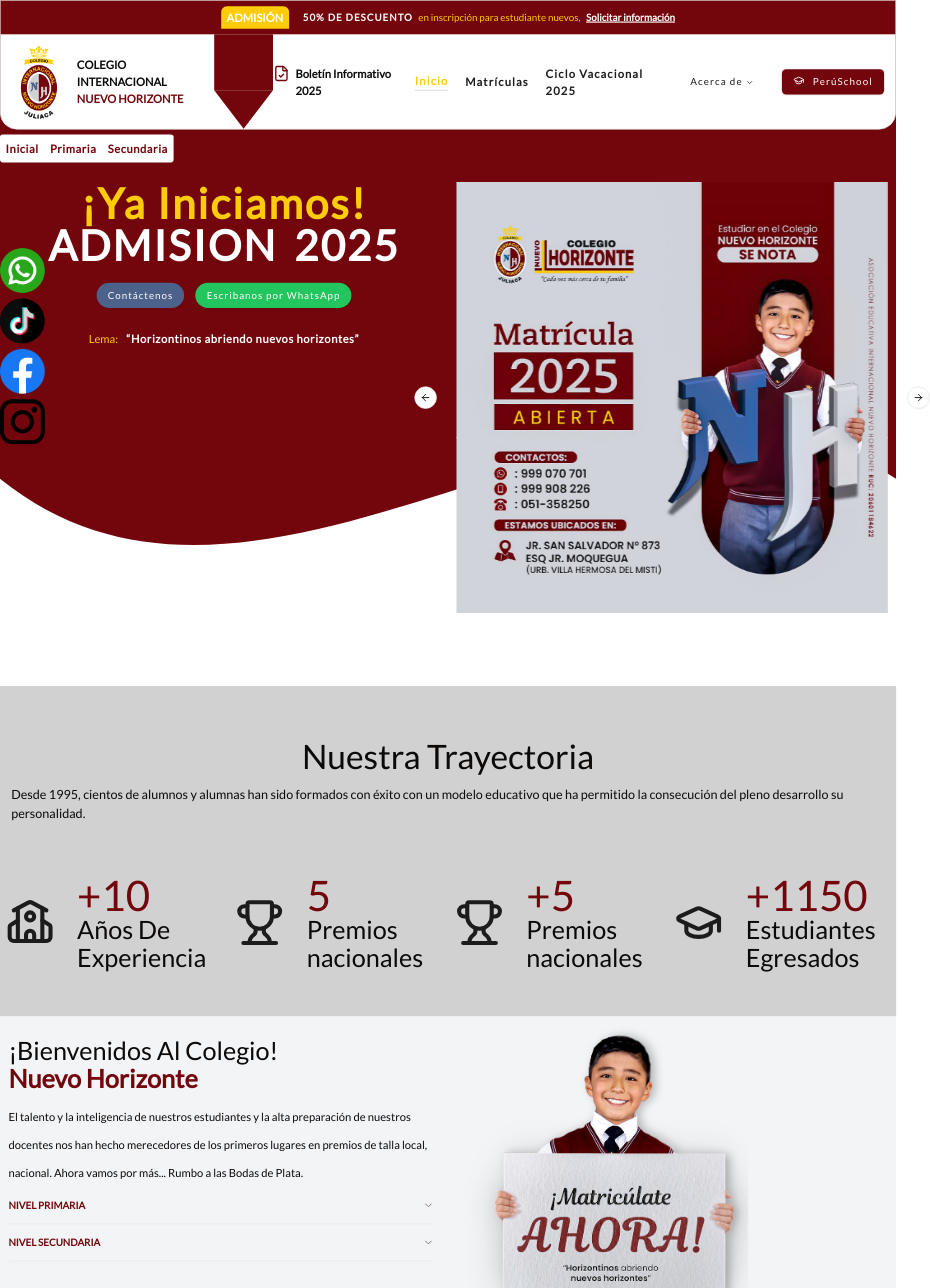
Repository: jefrydep/new_horizont_school
Page: /
The author's editor kept a copy of each file at every save. The page is drawn from the files as they stood at one save, then again after the next save.
The browser window is 1280 px wide. The page is 1328 px wide, then 1280 px, then 1328 px, so the pictures cover 1328 px, including what lies to the right of the window. The pictures show the part of the page from y = 0 to 1840 px (the page is 4698 px tall), at 70% of full size.
The project was rebuilt for these pictures with package versions that can differ from the ones it lists, and the page was loaded fresh each time. The framework's server and built-in components were replaced by stand-ins that run in the browser. Also part of the build but not shown: next.config.ts.

Above is the page before, as saved 2024-11-28 12:56:04.

### src/app/layout.tsx
import type { Metadata } from "next";
import "./globals.css";
import Navbar from "@/components/Navbar";
import Footer from "@/components/Footer";


import { Lato } from 'next/font/google'

const lato = Lato({
  weight: '400',
  subsets: ['latin'],
  display: 'swap',
})

export const metadata: Metadata = {
  title: "COLEGIO INTERNACIONAL NUEVO HORIZONTE - JULIACA",
  description: "el mejor colegio de JULIACA,Colegio internacional nuevo horizonte",
};

export default function RootLayout({
  children,
}: Readonly<{
  children: React.ReactNode;
}>) {
  return (
    <html lang="es">

      <body
        className={` ${lato.className} antialiased `}
      >

        <div className="">
          <Navbar />
        </div>
        <main className="   ">

          {children}
          <div className="flex flex-col fixed  bottom-2     z-50   sm:top-1/2  gap-2">
            <a href="https://wa.me/+51999070701?text=Me%20gustar%C3%ADa%20recibir%20m%C3%A1s%20informaci%C3%B3n%20sobre%20el%20proceso%20de%20matr%C3%ADcula,%20requisitos%20y%20fechas%20importantes.%20Agradecer%C3%ADa%20su%20orientaci%C3%B3n%20para%20poder%20completar%20mi%20inscripci%C3%B3n%20de%20manera%20adecuada.%0A%0AQuedo%20atento%20a%20su%20respuesta.%0A%0ASaludos%20cordiales,%0A" target="_blank">
              {/* Solicitar información */}
              <img src="/whatsapp.png" alt="" className=" animate-bounce h-11  sm:h-16" />
            </a>

            <a href="https://www.tiktok.com/@colegionuevohorizonte" target="_blank">
              {/* Solicitar información */}
              <img src="/tik-tok.png" alt="" className=" animate-bounce h-11  sm:h-16 " />
            </a>
            <a href="https://www.facebook.com/internuevohorizonte  " target="_blank">
              {/* Solicitar información */}
              <img src="/facebook.png" alt="" className=" animate-bounce h-11  sm:h-16 " />
            </a>
            <a href="https://www.instagram.com/colegionuevohorizontejuliaca" target="_blank">
              {/* Solicitar información */}
              <img src="/instagram.png" alt="" className=" animate-bounce h-11  sm:h-16" />
            </a>
          </div>
        </main>
        <Footer />
      </body>
    </html>
  );
}

### src/app/page.tsx
import Form from "@/components/Form";
import Hero from "@/components/Hero";
import Location from "@/components/Location";
import PresentationCard from "@/components/PresentationCard";
import RegisterCard from "@/components/RegisterCard";
import StudentCard from "@/components/StudentCard";
import TrajectoryCard from "@/components/TrajectoryCard";

export default function Home() {
  return (
    <div className="">
      <Hero colorWave="#fff" title="¡Ya Iniciamos!" subtitle="ADMISION" year="2025" />
      <TrajectoryCard />
      <PresentationCard title="¡Bienvenidos Al Colegio!" subtitle="Nuevo Horizonte" />
      <StudentCard title="Nuestro Estudiante Es:" />
      <RegisterCard title="Proceso De Matrícula 2025" />
      <Form />
      <Location/>
    </div>
  );
}

### src/components/Form.tsx
import { Button } from "./ui/button";
import { Input } from "./ui/input";

export default function Form() {
    return (
        // <div className="bg-[#73060c]">
        <div className="bg-gray-100  py-8">
            <div className="container pb-8 m-auto sm:w-[720px] shadow-2xl rounded-lg">
                <div className="py-4">
                    <h5 className="font-bold mb-4  text-title  text-5xl text-center">Contáctanos</h5>
                    <h4 className="font-bold text-4xl text-center text-subtitle">Solicite Información</h4>
                </div>
                <form action="" >


                    <div className="flex flex-col gap-7 p-3 ">
                        <div>

                            <Input placeholder="Dni" />
                        </div>
                        <div className="flex gap-6 flex-col sm:flex-row">

                            <Input placeholder="Nombres" />
                            <Input placeholder="Apellidos" />
                        </div>

                        <div className="flex gap-6 flex-col sm:flex-row">

                            <Input placeholder="Celular  " />
                            <Input placeholder="Correo Electrónico  " />
                        </div>
                        <div className="flex justify-center">
                            <Button className=" bg-green-500  w-full  sm:w-60  text-white"  >

                                Enviar
                            </Button>
                        </div>
                    </div>
                </form>




            </div>

        </div>
    )
}

### src/components/Hero.tsx
"use client"
import { Button } from "./ui/button";

const imagesHero = [
  {
    id: 1,
    path: "/matricula-2025.jpg",
  },
  {
    id: 2,
    path: "/matricula-2025-2.jpg",
  },
  {
    id: 3,
    path: "/matricula-2025-3.jpg",
  },
  {
    id: 4,
    path: "/matricula-2025-4.jpg",
  },
  {
    id: 5,
    path: "/matricula-2025-5.jpg",
  },
];
import {
  Carousel,
  CarouselContent,
  CarouselItem,
  CarouselNext,
  CarouselPrevious,
} from "@/components/ui/carousel";
import Autoplay from "embla-carousel-autoplay";
import path from "path";
interface Props {
  title: string;
  subtitle: string;
  year?: string;
  img?: string;
  colorWave?: string;
}

export default function Hero({ title, subtitle, year, img, colorWave }: Props) {
  return (
    <div className=" bg-title  ">
      <section className="container m-auto sm:pt-8 pt-40">
        {/* Contenedor con la imagen, texto y botones */}
        <div className="    flex flex-col     sm:pt-40 relative">
          <div className="   flex flex-row text-title font-bold justify-center mb-7 w-full sm:w-min    h-min    px-2 py-2 tracking-wider rounded gap-4   bg-white">
            <span>Inicial</span>
            <span>Primaria</span>
            <span>Secundaria</span>
          </div>
          {/* <div className="">
            <img className="z-50" src="/matricula-2025.jpg" alt=""  />
          </div> */}
          <div className="flex flex-col sm:flex-row  ">
            <div className="   flex flex-col items-center sm:w-[50%] text-center px-4">
              <h1 className=" animate-slide-down-delay-2   text-4xl sm:text-6xl font-bold text-[#fbcc07] tracking-wider">
                {title}
                <br />
                <div>
                  <span className="text-white">{subtitle}</span>
                  <span className="text-white ml-6">{year}</span>
                </div>
              </h1>

              <div className="flex justify-center z-40   duration-75 text-white  gap-4 mt-6">
                <Button className="rounded-3xl   tracking-widest">
                  <a
                    href="https://wa.me/+51999070701?text=Me%20gustar%C3%ADa%20recibir%20m%C3%A1s%20informaci%C3%B3n%20sobre%20el%20proceso%20de%20matr%C3%ADcula,%20requisitos%20y%20fechas%20importantes.%20Agradecer%C3%ADa%20su%20orientaci%C3%B3n%20para%20poder%20completar%20mi%20inscripci%C3%B3n%20de%20manera%20adecuada.%0A%0AQuedo%20atento%20a%20su%20respuesta.%0A%0ASaludos%20cordiales,%0A"
                    target="_blank"
                  >
                    Contáctenos
                  </a>
                </Button>
                <Button className="bg-green-500  hover:bg-green-600  tracking-widest  rounded-3xl">
                  <a
                    href="https://wa.me/+51999070701?text=Me%20gustar%C3%ADa%20recibir%20m%C3%A1s%20informaci%C3%B3n%20sobre%20el%20proceso%20de%20matr%C3%ADcula,%20requisitos%20y%20fechas%20importantes.%20Agradecer%C3%ADa%20su%20orientaci%C3%B3n%20para%20poder%20completar%20mi%20inscripci%C3%B3n%20de%20manera%20adecuada.%0A%0AQuedo%20atento%20a%20su%20respuesta.%0A%0ASaludos%20cordiales,%0A"
                    target="_blank"
                  >
                    Escribanos por WhatsApp
                  </a>
                </Button>
              </div>
              <div className="flex gap-3 mt-8">
                <h5 className="text-subtitle ">Lema:</h5>
                <b className="tracking-wider text-white">
                  “Horizontinos abriendo nuevos horizontes”
                </b>
              </div>
            </div>

            {/* Imagen */}
            {/* <div className=" w-full  flex justify-center sm:w-[50%] z-10">
              <img
                src={img ? img : "/matricula-2025.jpg"}
                alt="Imagen principal"
                className=" h-[25rem] sm:h-[36rem]        "
              />
            </div> */}
            <Carousel
              plugins={[
                Autoplay({
                  delay: 4000,
                }),
              ]}
              className=" px-3    sm:w-[50%] z-10  "
            >
              <CarouselContent className="min">
                {imagesHero.map((img) => (
                  <CarouselItem key={img.id}>
                    <div className=" ">
                      <div className="    flex justify-center   z-10">
                        <img
                          src={img.path}
                          alt="Imagen principal"
                          className="   w-full       "
                        />
                      </div>
                    </div>
                  </CarouselItem>
                ))}
              </CarouselContent>
              <CarouselPrevious />
              <CarouselNext />
            </Carousel>
          </div>
          <div className="absolute bottom-0 sm:hidden w-full h-16">
            <svg
              className="absolute bottom-0 left-0 w-full"
              viewBox="0 0 500 150"
              preserveAspectRatio="none"
            >
              <path
                d="M0.00,49.98 C149.54,170.23 349.20,-49.98 500.00,49.98 L500.00,150.00 L0.00,150.00 "
                fill={colorWave ? colorWave : "#1c1c1c"} // Color de la ola (puedes usar cualquier color)
              ></path>
            </svg>
          </div>
        </div>

        {/* La ola (wave) en la parte inferior */}
      </section>
      <div className="relative hidden sm:block  w-full h-16">
        <svg
          className="absolute bottom-0 left-0 w-full"
          viewBox="0 0 500 150"
          preserveAspectRatio="none"
        >
          <path
            d="M0.00,49.98 C149.54,170.23 349.20,-49.98 500.00,49.98 L500.00,150.00 L0.00,150.00 Z"
            // fill="#73060C" // Color de la ola (puedes usar cualquier color)
            fill={colorWave ? colorWave : "#1c1c1c"} // Color de la ola (puedes usar cualquier color)
          ></path>
        </svg>
      </div>
    </div>
  );
}

### src/components/Location.tsx

export default function Location() {
    return (
        <div className='w-full container m-auto bg-red-400'>
            {/* <iframe src="https://www.google.com/maps/embed?pb=!1m18!1m12!1m3!1d3844.9316625787906!2d-70.12231792745375!3d-15.488107585110283!2m3!1f0!2f0!3f0!3m2!1i1024!2i768!4f13.1!3m3!1m2!1s0x9167f3956c2bda63%3A0x64c4524617e0482a!2sColegio%20Nuevo%20Horizonte!5e0!3m2!1ses-419!2spe!4v1731094832258!5m2!1ses-419!2spe" width="600" height="450" style="border:0;" allowfullscreen="" loading="lazy" referrerpolicy="no-referrer-when-downgrade"></iframe> */}
            <iframe src="https://www.google.com/maps/embed?pb=!1m18!1m12!1m3!1d3844.9316625787906!2d-70.12231792745375!3d-15.488107585110283!2m3!1f0!2f0!3f0!3m2!1i1024!2i768!4f13.1!3m3!1m2!1s0x9167f3956c2bda63%3A0x64c4524617e0482a!2sColegio%20Nuevo%20Horizonte!5e0!3m2!1ses-419!2spe!4v1731094832258!5m2!1ses-419!2spe" width="100%" height="450"   loading="lazy"  ></iframe>
        </div>
    )
}

### src/components/StudentCard.tsx
import { Check } from "lucide-react";
const student = [
    {
        id: 1,
        profile: "Puntual"
    },
    {
        id: 2,
        profile: "Respetuoso"
    },
    {
        id: 3,
        profile: "Responsable"
    },
    {
        id: 4,
        profile: "Honesto"
    },

]
interface Props {
    title: string;

}
export default function StudentCard({ title }: Props) {
    return (
        <div className="bg-[#fbcc07] pt-8">

            <h4 className="text-4xl  text-title text-center font-bold">{title}</h4>
            <div className="container grid  grid-cols-1 sm:grid-cols-2   m-auto p-3">
                <div>
                    <img src="/SECUNDARIA.png" alt="nivel primaria" className="h-[23rem] sm:h-[33rem]" />
                </div>
                <div className="  w-full ">
                    {/* <h4 className="text-4xl">{subtitle}</h4> */}
                    <div className="leading-10 text-base mt-4">
                        {student.map(student => (



                            <span key={student.id} className="flex   items-center">
                                <Check />
                                <p className="ml-3">
                                    {student.profile}
                                </p>
                            </span>
                        ))}

                    </div>

                </div>


            </div>
        </div>
    )
}

### src/components/ui/button.tsx
import * as React from "react"
import { Slot } from "@radix-ui/react-slot"
import { cva, type VariantProps } from "class-variance-authority"

import { cn } from "@/lib/utils"

const buttonVariants = cva(
  "inline-flex items-center justify-center gap-2 whitespace-nowrap rounded-md text-sm font-medium transition-colors focus-visible:outline-none focus-visible:ring-1 focus-visible:ring-ring disabled:pointer-events-none disabled:opacity-50 [&_svg]:pointer-events-none [&_svg]:size-4 [&_svg]:shrink-0",
  {
    variants: {
      variant: {
        default:
          "bg-primary text-primary-foreground shadow hover:bg-primary/90",
        destructive:
          "bg-destructive text-destructive-foreground shadow-sm hover:bg-destructive/90",
        outline:
          "border border-input bg-background shadow-sm hover:bg-accent hover:text-accent-foreground",
        secondary:
          "bg-secondary text-secondary-foreground shadow-sm hover:bg-secondary/80",
        ghost: "hover:bg-accent hover:text-accent-foreground",
        link: "text-primary underline-offset-4 hover:underline",
      },
      size: {
        default: "h-9 px-4 py-2",
        sm: "h-8 rounded-md px-3 text-xs",
        lg: "h-10 rounded-md px-8",
        icon: "h-9 w-9",
      },
    },
    defaultVariants: {
      variant: "default",
      size: "default",
    },
  }
)

export interface ButtonProps
  extends React.ButtonHTMLAttributes<HTMLButtonElement>,
    VariantProps<typeof buttonVariants> {
  asChild?: boolean
}

const Button = React.forwardRef<HTMLButtonElement, ButtonProps>(
  ({ className, variant, size, asChild = false, ...props }, ref) => {
    const Comp = asChild ? Slot : "button"
    return (
      <Comp
        className={cn(buttonVariants({ variant, size, className }))}
        ref={ref}
        {...props}
      />
    )
  }
)
Button.displayName = "Button"

export { Button, buttonVariants }

### src/components/ui/input.tsx
import * as React from "react"

import { cn } from "@/lib/utils"

const Input = React.forwardRef<HTMLInputElement, React.ComponentProps<"input">>(
  ({ className, type, ...props }, ref) => {
    return (
      <input
        type={type}
        className={cn(
          "flex h-9 w-full rounded-md border  border-title bg-transparent  px-3 py-1 text-base shadow-sm transition-colors file:border-0 file:bg-transparent file:text-sm file:font-medium file:text-foreground placeholder:text-muted-foreground focus-visible:outline-none focus-visible:ring-1 focus-visible:ring-ring disabled:cursor-not-allowed disabled:opacity-50 md:text-sm",
          className
        )}
        ref={ref}
        {...props}
      />
    )
  }
)
Input.displayName = "Input"

export { Input }

### src/components/ui/accordion.tsx
"use client"

import * as React from "react"
import * as AccordionPrimitive from "@radix-ui/react-accordion"
import { ChevronDown } from "lucide-react"

import { cn } from "@/lib/utils"

const Accordion = AccordionPrimitive.Root

const AccordionItem = React.forwardRef<
  React.ElementRef<typeof AccordionPrimitive.Item>,
  React.ComponentPropsWithoutRef<typeof AccordionPrimitive.Item>
>(({ className, ...props }, ref) => (
  <AccordionPrimitive.Item
    ref={ref}
    className={cn("border-b", className)}
    {...props}
  />
))
AccordionItem.displayName = "AccordionItem"

const AccordionTrigger = React.forwardRef<
  React.ElementRef<typeof AccordionPrimitive.Trigger>,
  React.ComponentPropsWithoutRef<typeof AccordionPrimitive.Trigger>
>(({ className, children, ...props }, ref) => (
  <AccordionPrimitive.Header className="flex">
    <AccordionPrimitive.Trigger
      ref={ref}
      className={cn(
        "flex flex-1 items-center justify-between py-4 text-sm font-medium transition-all hover:underline text-left [&[data-state=open]>svg]:rotate-180",
        className
      )}
      {...props}
    >
      {children}
      <ChevronDown className="h-4 w-4 shrink-0 text-muted-foreground transition-transform duration-200" />
    </AccordionPrimitive.Trigger>
  </AccordionPrimitive.Header>
))
AccordionTrigger.displayName = AccordionPrimitive.Trigger.displayName

const AccordionContent = React.forwardRef<
  React.ElementRef<typeof AccordionPrimitive.Content>,
  React.ComponentPropsWithoutRef<typeof AccordionPrimitive.Content>
>(({ className, children, ...props }, ref) => (
  <AccordionPrimitive.Content
    ref={ref}
    className="overflow-hidden text-sm data-[state=closed]:animate-accordion-up data-[state=open]:animate-accordion-down"
    {...props}
  >
    <div className={cn("pb-4 pt-0", className)}>{children}</div>
  </AccordionPrimitive.Content>
))
AccordionContent.displayName = AccordionPrimitive.Content.displayName

export { Accordion, AccordionItem, AccordionTrigger, AccordionContent }

Loaded but not shown: src/lib/utils.ts (common file); src/app/data/data.ts (459 lines, source omitted); src/components/Navbar.tsx (260 lines, source omitted); src/components/RegisterCard.tsx (178 lines, source omitted); src/components/ui/carousel.tsx (262 lines, source omitted); src/components/ui/navigation-menu.tsx (128 lines, source omitted); src/components/ui/sheet.tsx (140 lines, source omitted); src/components/Footer.tsx (97 lines, source omitted); src/components/TrajectoryCard.tsx (65 lines, source omitted); src/components/PresentationCard.tsx (66 lines, source omitted); src/app/globals.css (97 lines, source omitted); tailwind.config.ts (91 lines, source omitted)

After the next save:
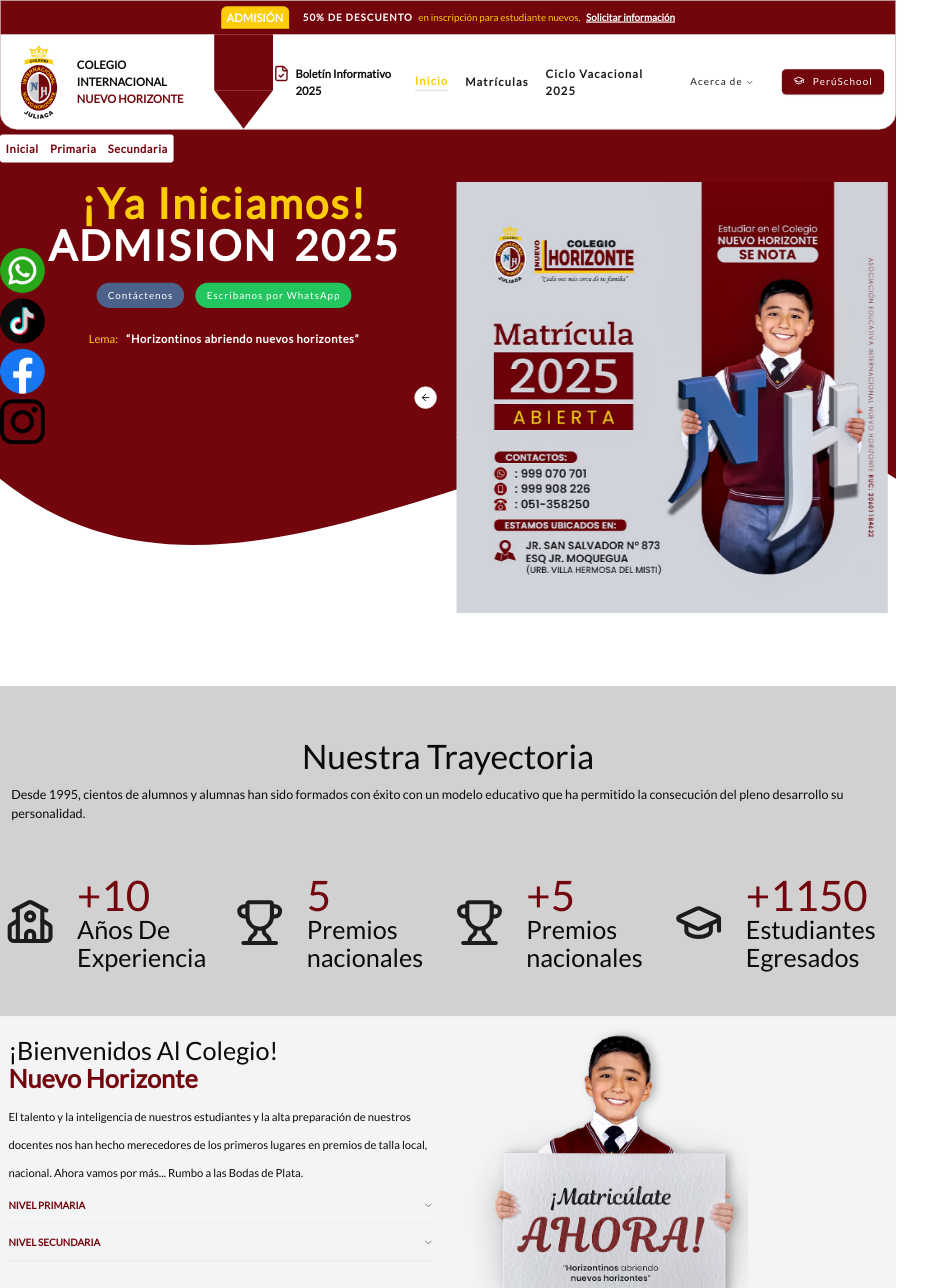
Saved 41 s later.
--- a/src/components/Hero.tsx
+++ b/src/components/Hero.tsx
@@ -1,4 +1,4 @@
-"use client"
+"use client";
 import { Button } from "./ui/button";
 
 const imagesHero = [
@@ -123,7 +123,7 @@
                 ))}
               </CarouselContent>
               <CarouselPrevious />
-              <CarouselNext />
+              <CarouselNext className="hidden" />
             </Carousel>
           </div>
           <div className="absolute bottom-0 sm:hidden w-full h-16">

After the save that followed:
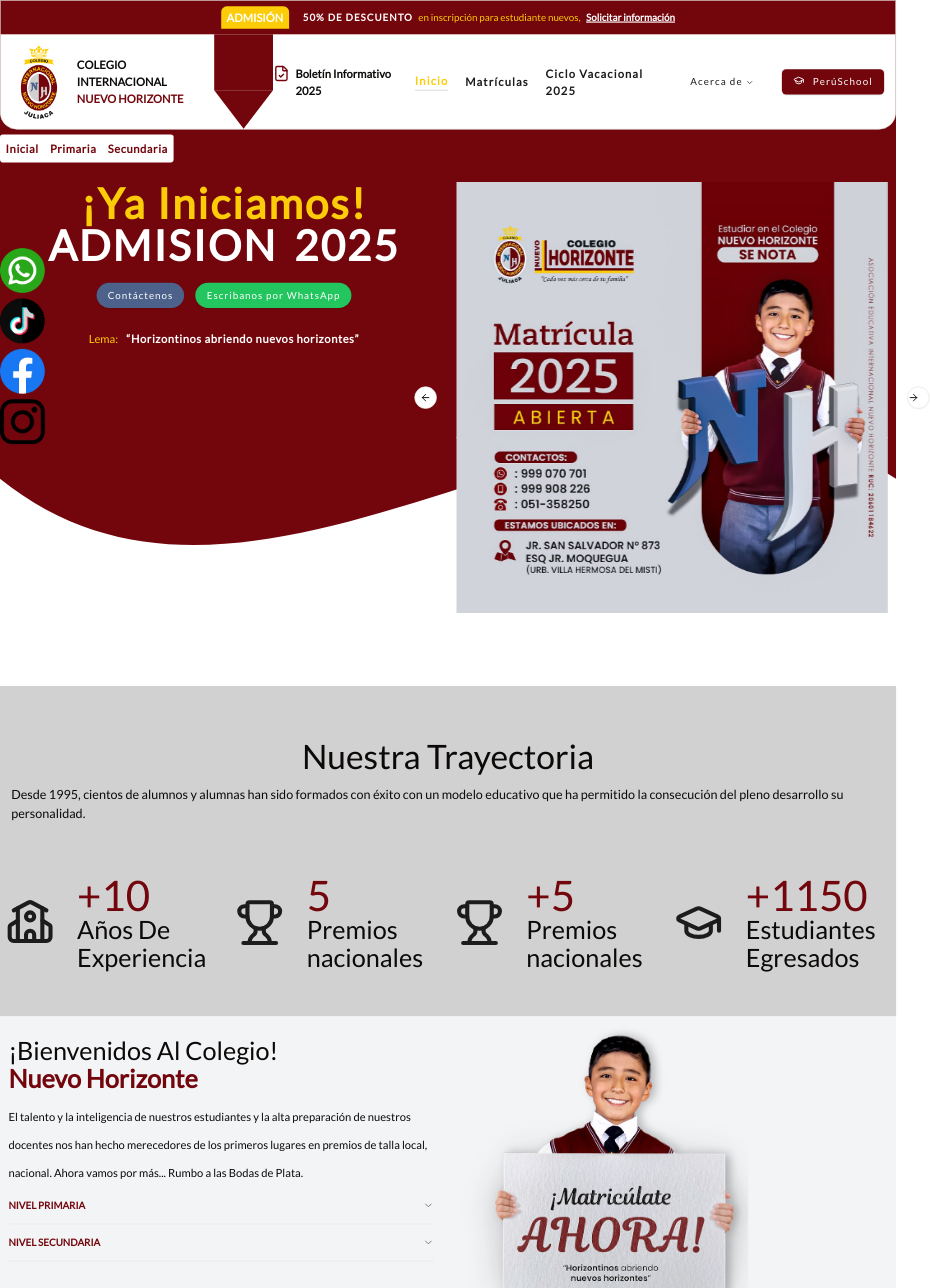
Saved 36 s later.
--- a/src/components/Hero.tsx
+++ b/src/components/Hero.tsx
@@ -123,7 +123,7 @@
                 ))}
               </CarouselContent>
               <CarouselPrevious />
-              <CarouselNext className="hidden" />
+              <CarouselNext className="hidden sm:block" />
             </Carousel>
           </div>
           <div className="absolute bottom-0 sm:hidden w-full h-16">
